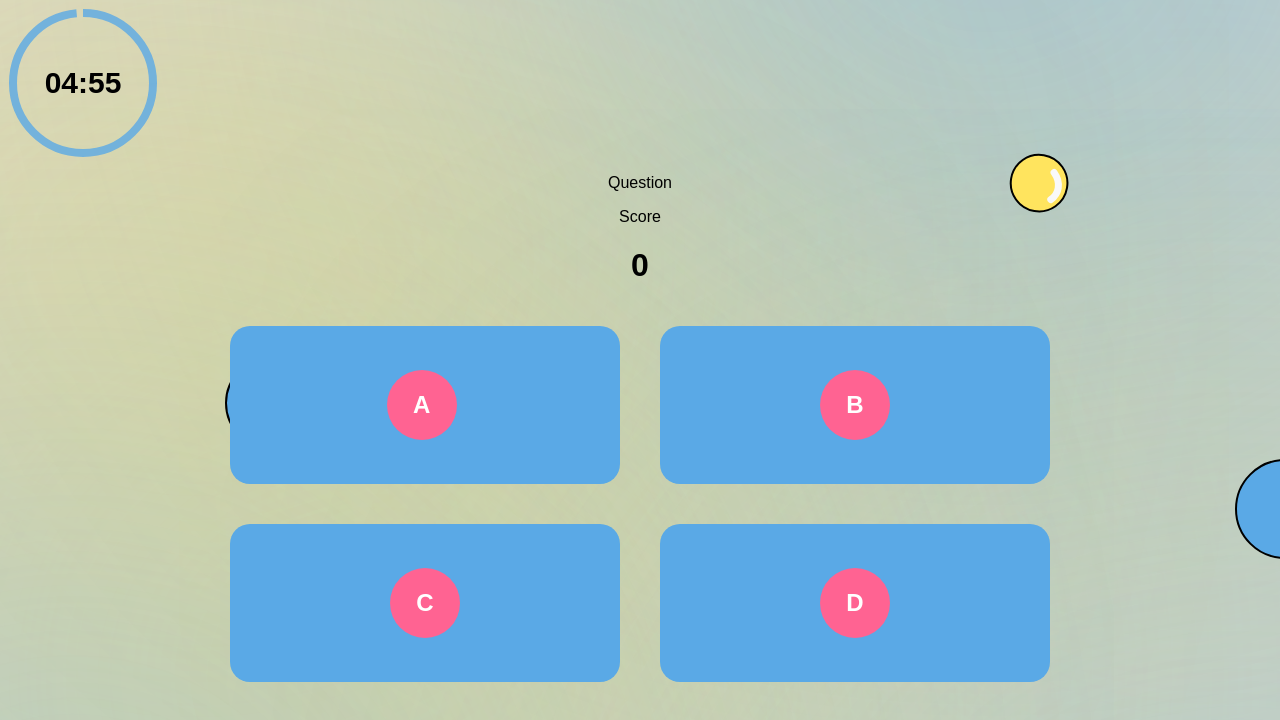
Repository: sierralaurent/SmartiePants
Page: quiz.html
The author's editor kept a copy of each file at every save. The page is drawn from the files as they stood at one save, then again after the next save.
The browser window is 1280 px wide. The pictures show the whole page.
The page's requests for data from a server got no answer.

Above is the page before, as saved 2023-05-16 21:55:37.

After the next save:
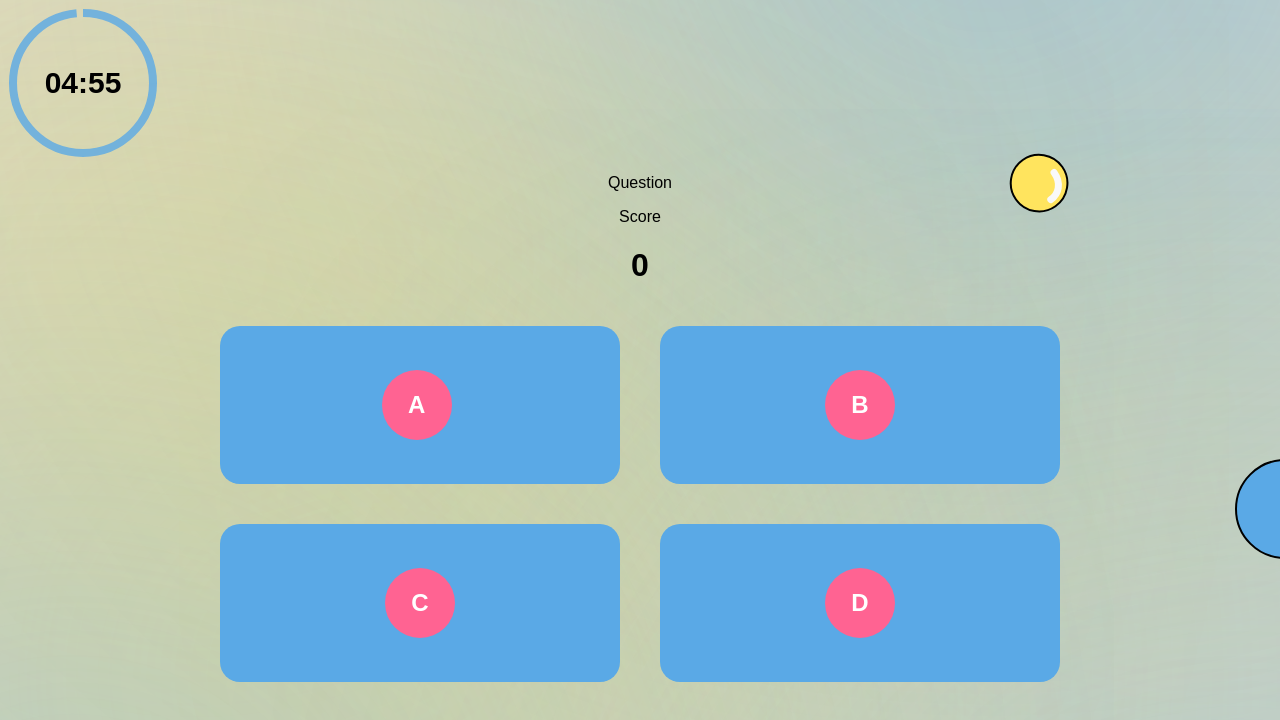
Saved 23 s later.
--- a/quiz.css
+++ b/quiz.css
@@ -51,7 +51,7 @@ body {
     padding: 20px;
     border-radius: 20px;
     color: white;
-    width: 350px;
+    width: 360px;
     font-weight: bold;
 
 }
